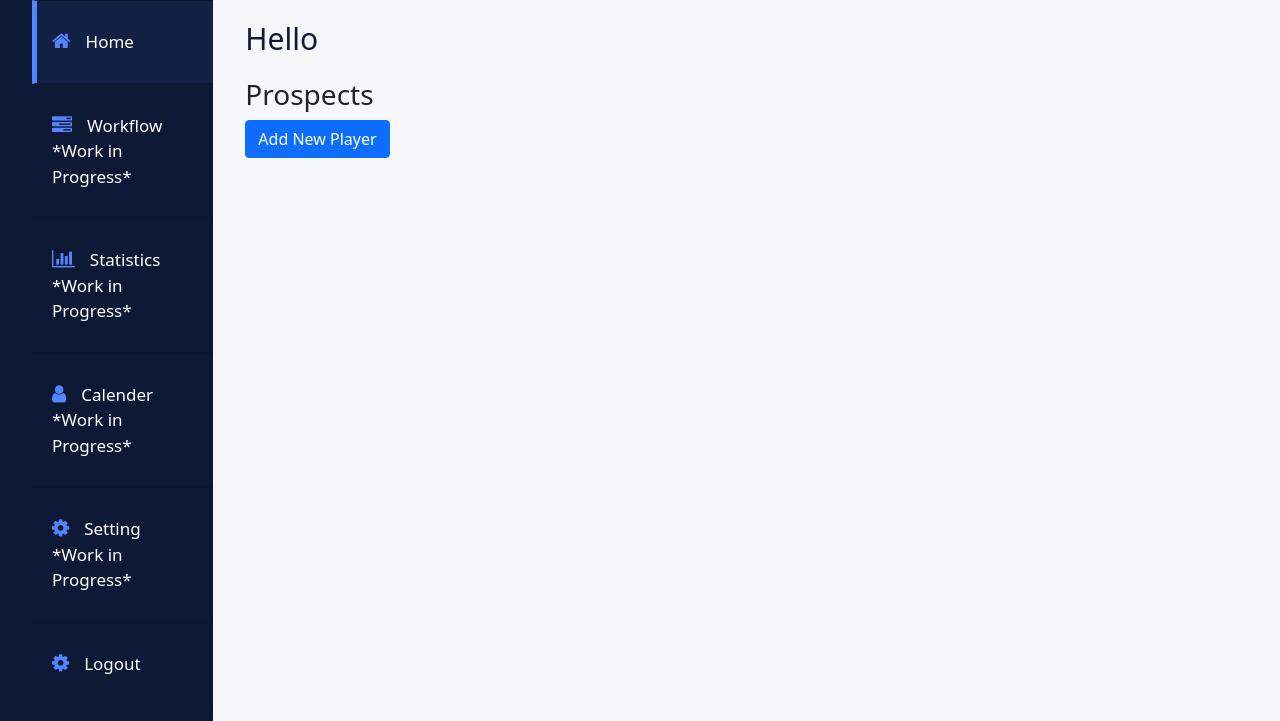
Repository: qfernandez/rangers-project
Page: http://localhost/main
The author's editor kept a record of every edit. The page is drawn from the files as they stood at one moment, then again after the next edit.
The browser window is 1280 px wide. The pictures show the whole page.
Some web libraries are served in a nearby version. The page is served by the project's Node server (app.js). Queries for data that is not in the repository find no rows.

Above is the page before.
Console error: ReferenceError: $ is not defined

After the next edit:
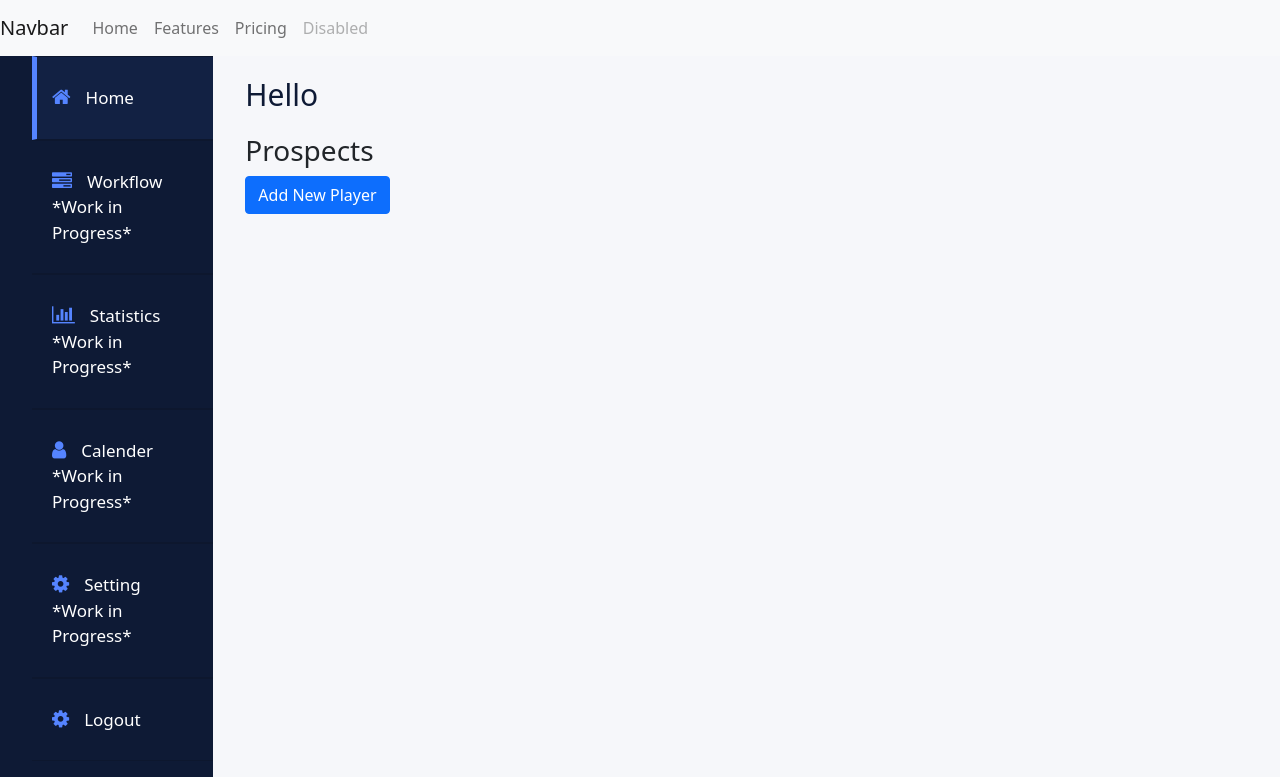
The edit:
--- a/views/partials/header.ejs
+++ b/views/partials/header.ejs
@@ -12,6 +12,29 @@
     <link href="https://maxcdn.bootstrapcdn.com/font-awesome/4.6.3/css/font-awesome.min.css" rel="stylesheet" integrity="sha384-T8Gy5hrqNKT+hzMclPo118YTQO6cYprQmhrYwIiQ/3axmI1hQomh7Ud2hPOy8SP1" crossorigin="anonymous">
 
     <!--Deprecated Admin Page-->
+
+    <nav class="navbar navbar-expand-lg navbar-light bg-light">
+      <a class="navbar-brand" href="#">Navbar</a>
+      <button class="navbar-toggler" type="button" data-toggle="collapse" data-target="#navbarNav" aria-controls="navbarNav" aria-expanded="false" aria-label="Toggle navigation">
+        <span class="navbar-toggler-icon"></span>
+      </button>
+      <div class="collapse navbar-collapse" id="navbarNav">
+        <ul class="navbar-nav">
+          <li class="nav-item active">
+            <a class="nav-link" href="#">Home <span class="sr-only">(current)</span></a>
+          </li>
+          <li class="nav-item">
+            <a class="nav-link" href="#">Features</a>
+          </li>
+          <li class="nav-item">
+            <a class="nav-link" href="#">Pricing</a>
+          </li>
+          <li class="nav-item">
+            <a class="nav-link disabled" href="#">Disabled</a>
+          </li>
+        </ul>
+      </div>
+    </nav>
 
     <body class="home">
         <div class="container-fluid display-table">
